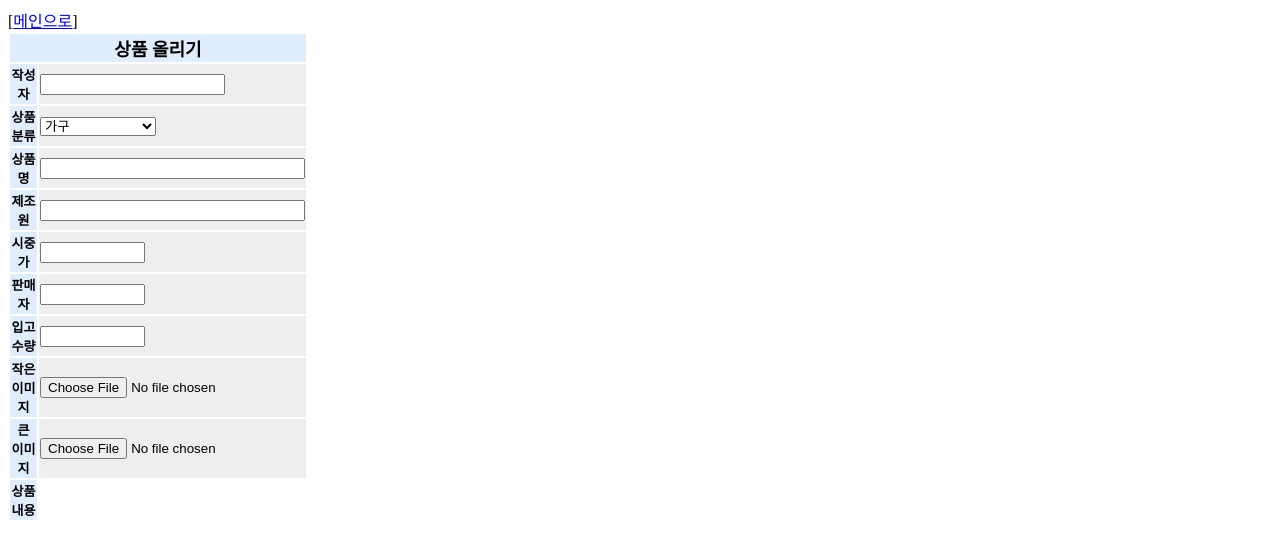
Repository: severrepair/JSPproject
Page: Shop/src/main/webapp/product_write.html
An editor plug-in stored every save of this project. The page is shown before and after the next save, followed by the edit.
The browser window is 1280 px wide. The pictures show the whole page.

Above is the page before, as saved 2022-12-02 01:00:34.

After the next save:
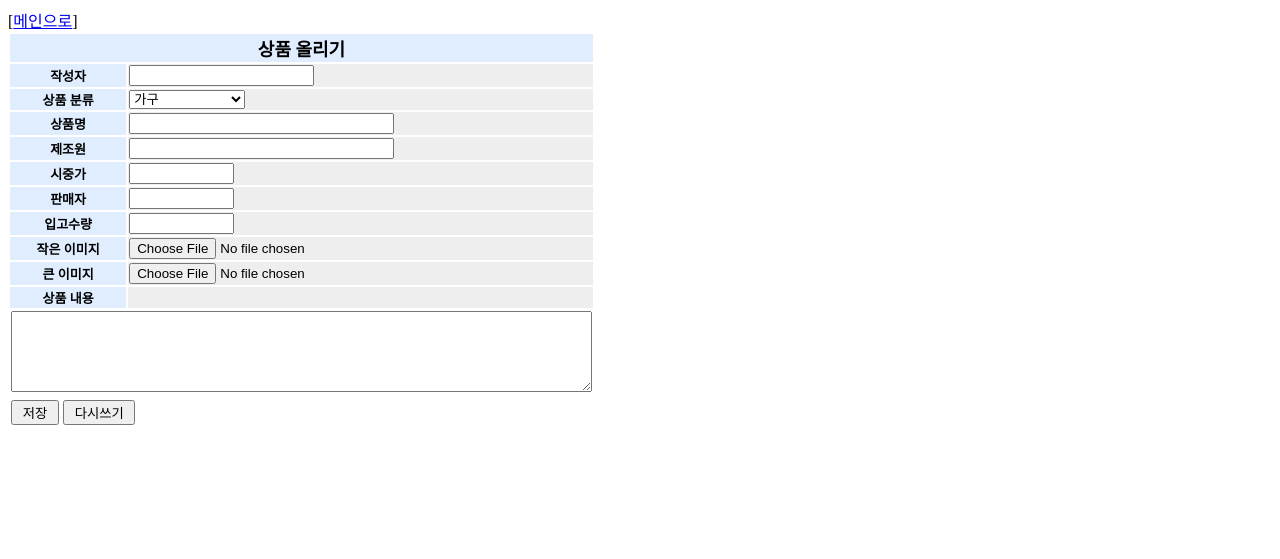
Saved 2 min 35 s later.
--- a/Shop/src/main/webapp/product_write.html
+++ b/Shop/src/main/webapp/product_write.html
@@ -107,8 +107,21 @@ function check(f) {
 	<TR>
 		<TH bgcolor=#DFEDFF>
 			<FONT size=-1 color=black>상품 내용</FONT>
+		</TH>
+		<TD bgcolor=#eeeeee>
+		</TD>
 	</TR>
-
+	<TR>
+		<TD colspan=2>
+		<TEXTAREA name=description cols=70 rows=5></TEXTAREA>
+		</TD>
+	</TR>
+	<TR>
+		<TD colspan=2>
+			<INPUT type=button value=" 저장 " onClick="check(this.form)">
+			<INPUT type=reset value=" 다시쓰기 " >
+		</TD>
+	</TR>
 
 </TABLE>
 </FORM>
